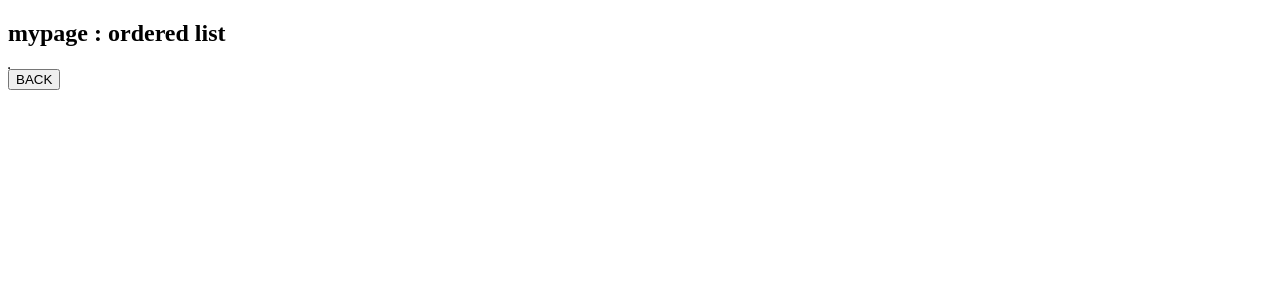
Repository: MIR013/KNU_DB_Project_Team5
Page: http://localhost/Databaase/my_page_order.jsp
The author's editor kept a copy of each file at every save. The page is drawn from the files as they stood at one save, then again after the next save.
The browser window is 1280 px wide. The pictures show the whole page.
The page is served by Tomcat 9. Nobody is signed in. The application's start-up code is not run. Queries for data that is not in the repository find no rows.

Above is the page before, as saved 2018-11-15 11:48:59.

### dbphase/Databaase/WebContent/my_page_order.jsp
<%@ page language="java" contentType="text/html; charset=UTF-8"
    pageEncoding="UTF-8"%>
<%@ page language="java" import="java.text.*,java.sql.*" %>
<!DOCTYPE html>
<html>
<head>
<meta charset="UTF-8">
<title>Insert title here</title>
</head>
<body>
<h2>mypage : ordered list</h2>

<%
String serverIP = "localhost";
String dbName = "phase2";
String portNum = "3306";
String url = "jdbc:mysql://" + serverIP + ":" + portNum + "/" + dbName;
String user = "knu";
String pass = "comp322";
Connection conn = null;

Class.forName("com.mysql.jdbc.Driver");
conn = DriverManager.getConnection(url,user,pass);
PreparedStatement pstmt;
ResultSet rs;
ResultSetMetaData rsmd;
int cnt;
String query;
conn.setAutoCommit(false);
%>


<%
	String cid = (String)session.getAttribute("signedUser");
	query = "SELECT Order_no FROM ORDERS WHERE Customer_id = '"+cid+"'";
	pstmt = conn.prepareStatement(query);
	rs = pstmt.executeQuery();
	out.print("<table border=\"1\">");
	rsmd = rs.getMetaData();
	cnt = rsmd.getColumnCount();
	for(int i=1; i<=cnt;i++){

	}
	while(rs.next()){
		int ono = rs.getInt(1);
		out.print("<tr>");
		out.print("<td>"+ono+"</td>");
		String newquery = "SELECT Order_date, Item_id, Item_num FROM ORDERS WHERE Customer_id = '"+cid+"' AND Order_no = "+ono;
		ResultSet rs2;
		pstmt = conn.prepareStatement(newquery);
		rs2 = pstmt.executeQuery();
		while(rs2.next()){
			SimpleDateFormat sdfDate = new SimpleDateFormat("yyyy-MM-dd");
			Date odate = rs.getDate(1);
			String sodate = sdfDate.format(odate);



		}

		out.print("</tr>");
	}
	out.print("</table>");

%>


<%
String nextpage = "<form action=\"my_page.html\" method=\"POST\">" +
			"<input type=\"submit\" value=\"BACK\"/>" +
			"</form>";
out.print(nextpage);
%>
</body>
</html>

After the next save:
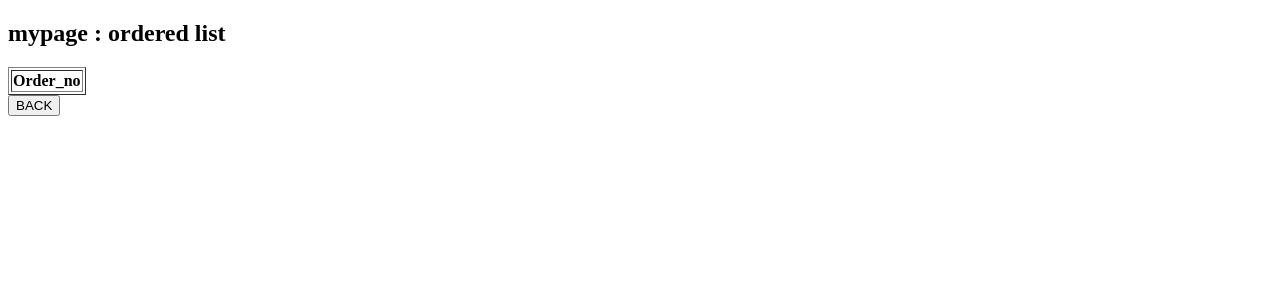
Saved 34 s later.
--- a/dbphase/Databaase/WebContent/my_page_order.jsp
+++ b/dbphase/Databaase/WebContent/my_page_order.jsp
@@ -39,7 +39,7 @@ conn.setAutoCommit(false);
 	rsmd = rs.getMetaData();
 	cnt = rsmd.getColumnCount();
 	for(int i=1; i<=cnt;i++){
-
+		out.println("<th>"+rsmd.getColumnName(i)+"</th>");
 	}
 	while(rs.next()){
 		int ono = rs.getInt(1);
